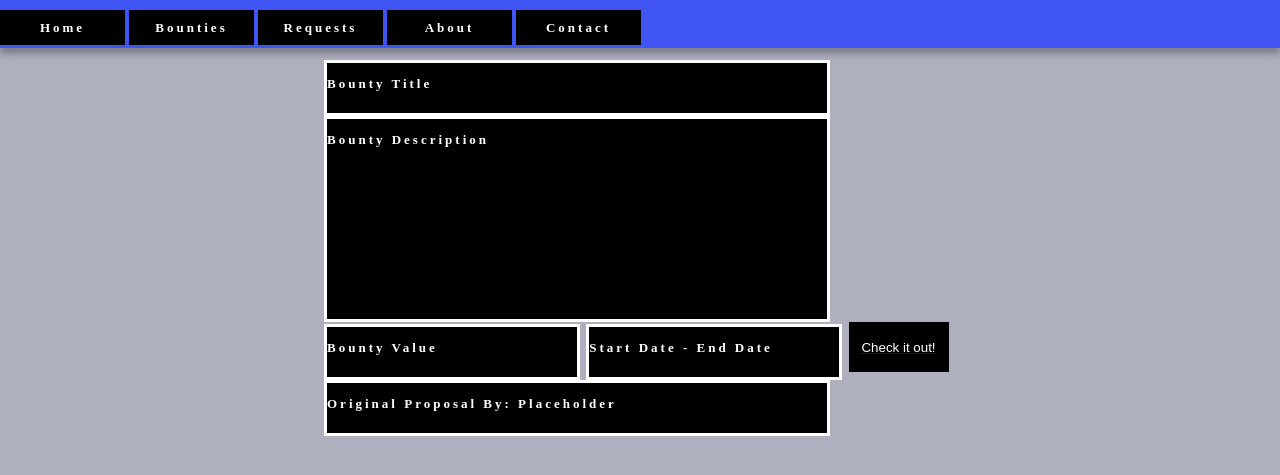
Repository: mailog/Tomorrow
Page: http://localhost/bounties
An editor plug-in stored every save of this project. The page is shown before and after the next save, followed by the edit.
The browser window is 1280 px wide. The pictures show the whole page.
The page is this project's Thymeleaf template; nobody is signed in. The template is opened directly, without the code that normally fills it, so the values that code supplies are empty.

Above is the page before, as saved 2017-07-27 04:01:42.

### Tomorrow/src/main/resources/templates/bounties.html
<!DOCTYPE html>
<html>
<head>
<title>Bounties</title>
<link rel="stylesheet" type="text/css" href="/css/toolbar.css" />
<link rel="stylesheet" type="text/css" href="/css/bounties.css" />
</head>
<body>

<div class = "toolbar">
	<a href = "/">
		<button class = "tool_button"> Home </button>
	</a>
	<a href = "/bounties">
		<button class = "tool_button"> Bounties </button>
	</a>
	<a href = "/requests">
		<button class = "tool_button"> Requests </button>
	</a>
	<a href = "/about">
		<button class = "tool_button"> About </button>
	</a>
	<a href = "/contact">
		<button class = "tool_button"> Contact </button>
	</a>
</div>

<div id = "bounties">
	<div class = "bounty">
		<div class = "bounty_title">
			<p>Bounty Title</p>
		</div>

		<div class = "bounty_desc">
			<p>Bounty Description</p>
		</div>
		<div>
		<div class = "bounty_value">
			<p>Bounty Value</p>
		</div>
		<div class = "bounty_period">
			<p>Start Date - End Date</p>
		</div>
		<a href = "/">
			<button class = "bounty_button"> Check it out! </button>
		</a>
		<div class = "bounty_proposer">
			<p>Original Proposal By: Placeholder </p>
		</div>
		</div>
	</div>
</div>
</body>
</html>

### Tomorrow/src/main/resources/static/css/toolbar.css
/*------------------STATIC------------------*/
/*------------------------------------------*/

/*-------------------BODY-------------------*/

	body{
		background-color: #aeb0c0;
		color: #FFFFFF;
	}


/*------------------------------------------*/

/*---------------TOOLBAR--------------------*/
	.toolbar{
		width:100%;
		height: 48px;
		z-index: 1;
		opacity: 1;
		position: absolute;
		left: 0px;
		top: 0px;
		float: center;
		padding 0 0 0 0;
		margin-left:auto;
		margin-right:auto;
		background-color: #4155f4;
		-webkit-box-shadow: 0px 6px 7px 0px rgba(0,0,0,0.29);
		-moz-box-shadow: 0px 6px 7px 0px rgba(0,0,0,0.29);
		box-shadow: 0px 6px 7px 0px rgba(0,0,0,0.29);
	}

	.tool_button{
		height: 35px;
		width: 125px;
		display:inline;
		background-color: #000000;
		color:white;
		padding: 0px;
		font-family: Browalia-New;
		font-size: 13px;
		font-weight:bold;
		letter-spacing: 3px;
		border:none;
		cursor: pointer;
		margin-top: 10px;
		margin-bottom: 6px;
		margin-right: 0px;
		margin-left: 0px;
		border-bottom-style: none;
		text-decoration:none;
	}

	.tool_button:hover{
		text-decoration:none;
		border-bottom-style: solid;
		border-bottom-width:3px;
		border-bottom-color:#FFFFFF;
	}

	.toolbar a{
		text-decoration:none;
	}

/*------------------------------------------*/

/*-----------------BUTTONS------------------*/
	.introbtn{}

	.tutorialbtn{
	}

	.registerbtn{
	}

/*------------------------------------------*/

/*------------------INFO--------------------*/

/*------------------------------------------*/

### Tomorrow/src/main/resources/static/css/bounties.css
#bounties
{
	position: relative;
	margin: 50px auto;
	color:white;
	width: 50%;
	padding: 10px;
}

.bounty
{
		height: 300px;
		width: 800px;
		color:white;
		padding: 0px;
		font-family: Browalia-New;
		font-size: 13px;
		font-weight:bold;
		letter-spacing: 3px;
		border-bottom-style: none;
		text-decoration:none;
}

.bounty_title
{
	display:inline-block;
	width: 500px;
	height: 50px;
	background-color: black;
	border-style:solid;
}

.bounty_value
{
	display:inline-block;
	width: 250px;
	height:50px;
	background-color: black;
	border-style:solid;
}

.bounty_desc
{
	display:inline-block;
	width: 500px;
	height: 200px;
	background-color: black;
	border-style:solid;
}

.bounty_period
{
	display:inline-block;
	width: 250px;
	height:50px;
	background-color: black;
	border-style:solid;
}

.bounty_button
{
	color:white;
	display:inline;
	width: 100px;
	height:50px;
	background-color: black;
	border-style:solid;
}

.bounty_proposer
{
	display:inline-block;
	width: 500px;
	height: 50px;
	background-color: black;
	border-style:solid;
}

After the next save:
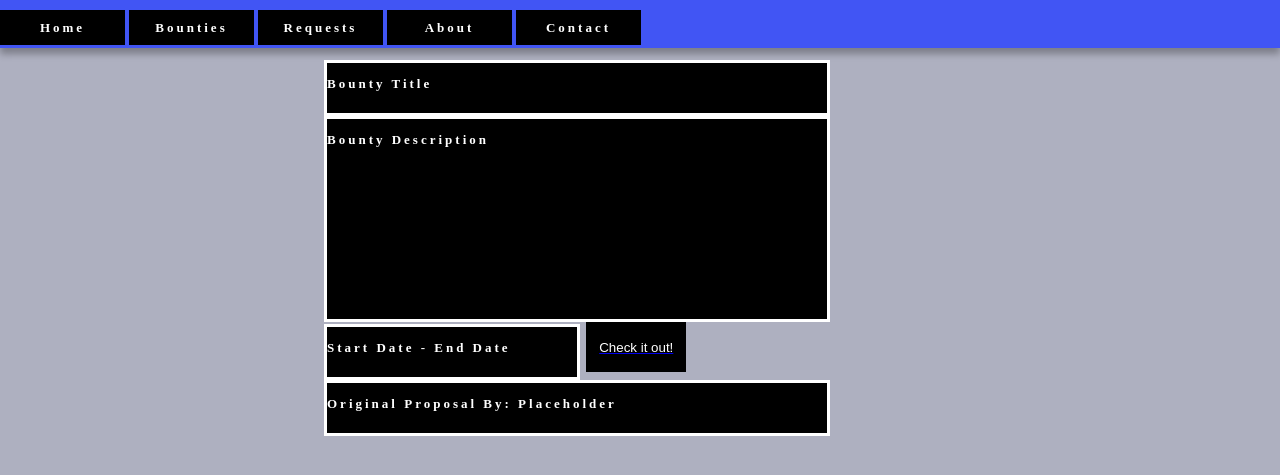
Saved 7 s later.
--- a/Tomorrow/src/main/resources/templates/bounties.html
+++ b/Tomorrow/src/main/resources/templates/bounties.html
@@ -35,9 +35,6 @@
 			<p>Bounty Description</p>
 		</div>
 		<div>
-		<div class = "bounty_value">
-			<p>Bounty Value</p>
-		</div>
 		<div class = "bounty_period">
 			<p>Start Date - End Date</p>
 		</div>
